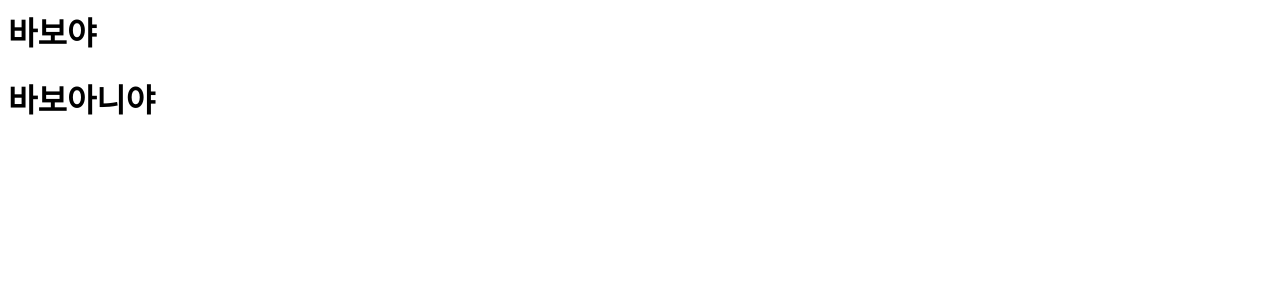
Repository: jwjb1020/Java_tomcat_jsp
Page: http://localhost/ServletStudy/myservlet03
These files come from the project's save history. The page is drawn as it stood at one moment and after the next save; the edit follows.
The browser window is 1280 px wide. The pictures show the whole page.
The page is served by Tomcat 9.

Above is the page before, as saved 2023-05-10 08:22:18.

After the next save:
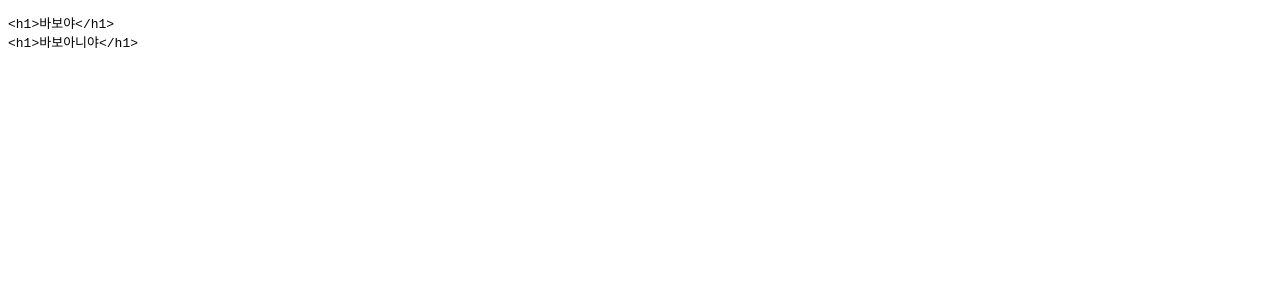
Saved 26 s later.
--- a/ServletStudy/src/main/java/edu/pnu/servlet/MyServlet03.java
+++ b/ServletStudy/src/main/java/edu/pnu/servlet/MyServlet03.java
@@ -13,7 +13,7 @@
 	@Override
 	protected void service(HttpServletRequest req, HttpServletResponse resp) throws ServletException, IOException {
 		System.out.println("MyServlet03");
-		resp.setContentType("text/html; charset=UTF-8");
+		resp.setContentType("text/plane; charset=UTF-8");
 		PrintWriter out = resp.getWriter();
 		out.println("<h1>바보야</h1>");
 		out.println("<h1>바보아니야</h1>");

After the save that followed:
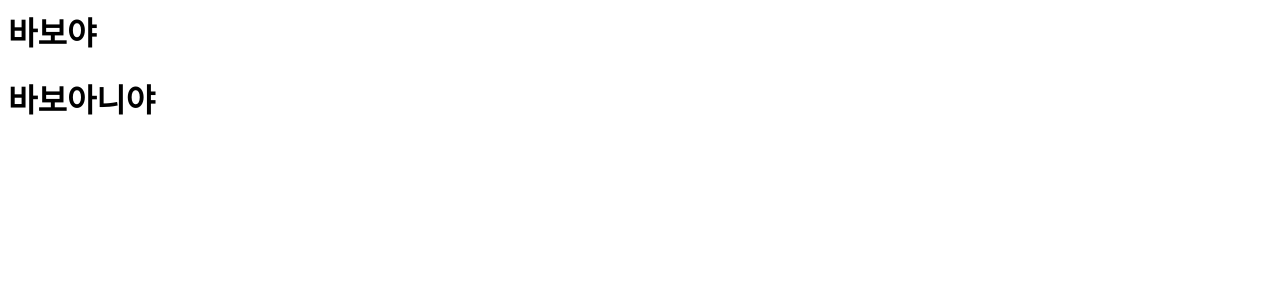
Saved 31 s later.
--- a/ServletStudy/src/main/java/edu/pnu/servlet/MyServlet03.java
+++ b/ServletStudy/src/main/java/edu/pnu/servlet/MyServlet03.java
@@ -13,7 +13,7 @@
 	@Override
 	protected void service(HttpServletRequest req, HttpServletResponse resp) throws ServletException, IOException {
 		System.out.println("MyServlet03");
-		resp.setContentType("text/plane; charset=UTF-8");
+		resp.setContentType("text/html; charset=UTF-8");
 		PrintWriter out = resp.getWriter();
 		out.println("<h1>바보야</h1>");
 		out.println("<h1>바보아니야</h1>");
